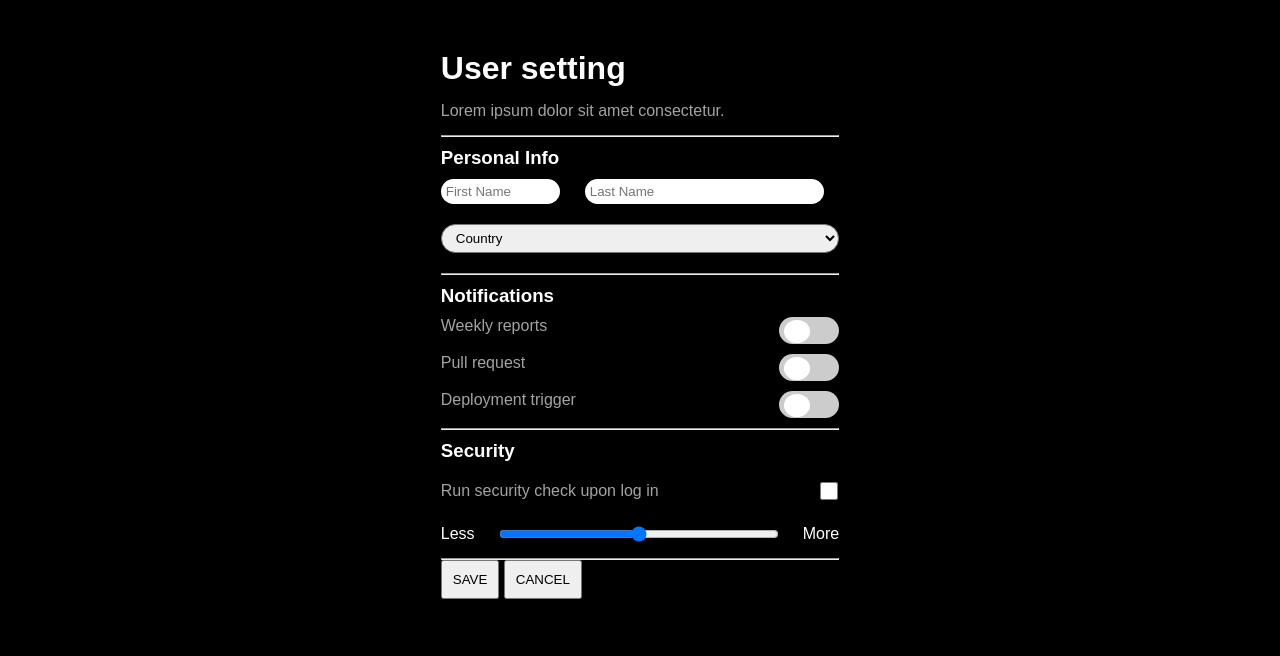
Repository: imokha01/DOM
Page: index.html
An editor plug-in stored every save of this project. The page is shown before and after the next save, followed by the edit.
The browser window is 1280 px wide. The pictures show the whole page.

Above is the page before, as saved 2023-12-21 09:56:14.

After the next save:
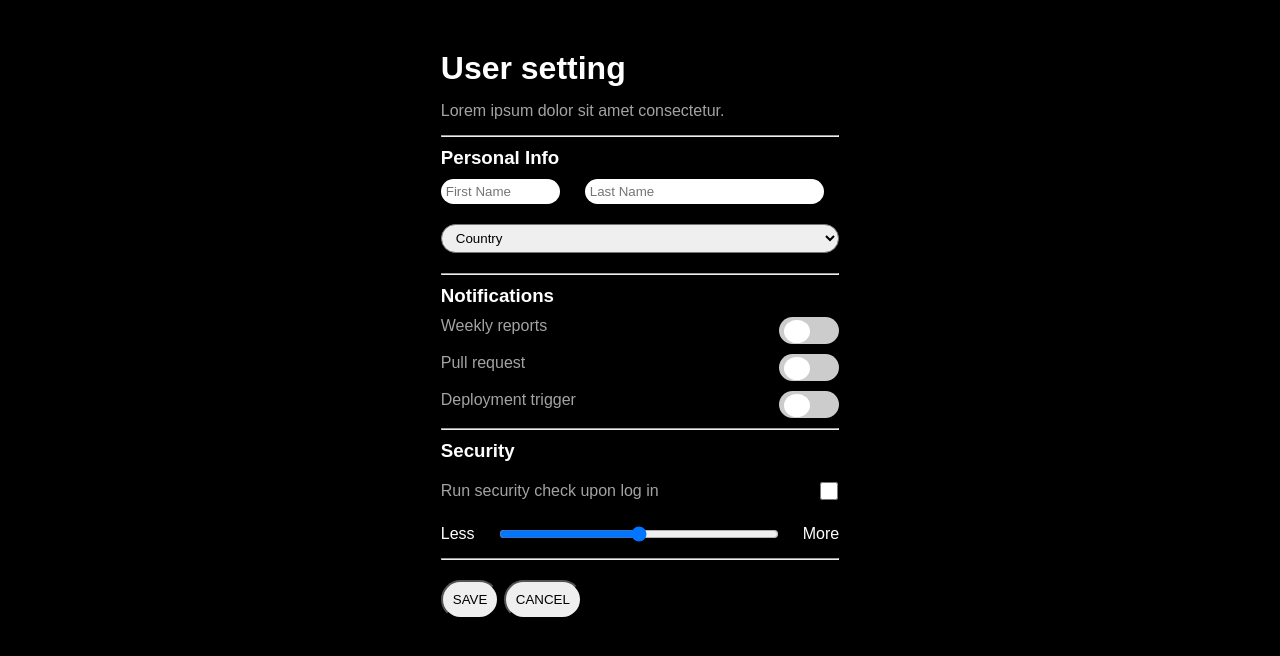
Saved 8 s later.
--- a/index.css
+++ b/index.css
@@ -56,30 +56,28 @@ select {
     padding: 5px 10px;
     border-radius: 20px;
     margin: 20px 0;
-    border-radius: 20px;
-    margin: 20px 0;
-}
+  }
 
-option {
+  option {
     padding: 20px 0;
 
-}
-.weeklyReport,
-.deployment,
-.pullRequest {
+  }
+  .weeklyReport,
+  .deployment,
+  .pullRequest {
     display: flex;
     justify-content: space-between;
     margin-bottom: 10px;
-}
+  }
 
-.security h3 + div {
+  .security h3 + div {
     display: flex;
     justify-content: space-between;
     padding: 10px 0;
-}
+  }
 
 #check {
-    width: 20px;
+  width: 20px;
 }
 
 .security div:last-of-type{
@@ -87,16 +85,18 @@ option {
     display: flex;
     justify-content: space-between;
     padding: 15px 0;
-}
+  }
 
-#range {
+  #range {
     width: 280px;
     background-color: green;
 
-}
+  }
 
-button {
+  button {
     padding: 10px;
+    border-radius: 20px;
+    margin: 20px 0;
 
 }
 
